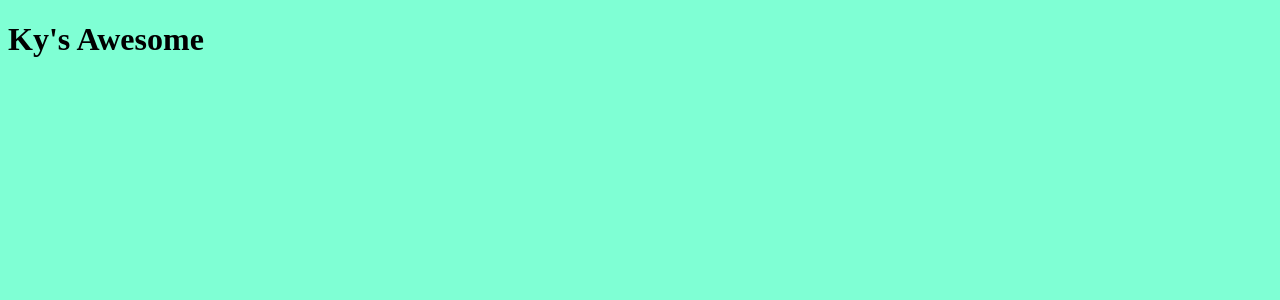
Repository: monicaifijeh/test2
Page: kyportfolio/src/index.html
The author's editor kept a copy of each file at every save. The page is drawn from the files as they stood at one save, then again after the next save.
The browser window is 1280 px wide. The pictures show the whole page.

Above is the page before, as saved 2024-12-15 00:59:10.

After the next save:
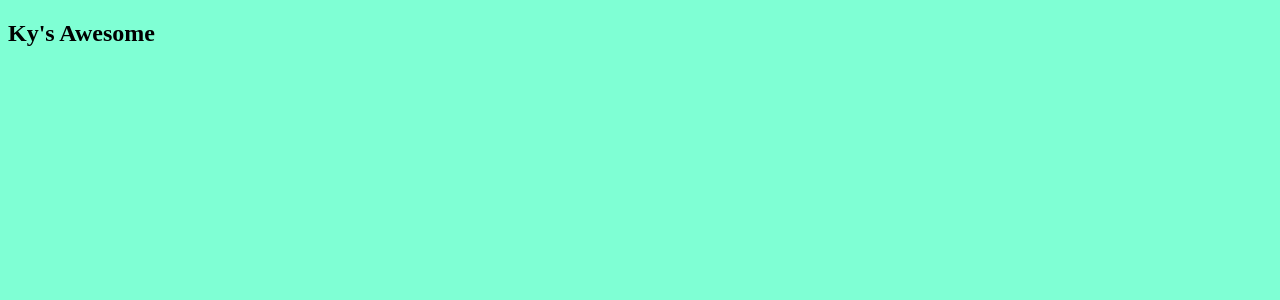
Saved 44 s later.
--- a/kyportfolio/src/index.html
+++ b/kyportfolio/src/index.html
@@ -8,6 +8,6 @@
   </head>
 
   <body>
-    <h1>Ky's Awesome</h1>
+    <h2>Ky's Awesome</h2>
   </body>
 </html>

After the save that followed:
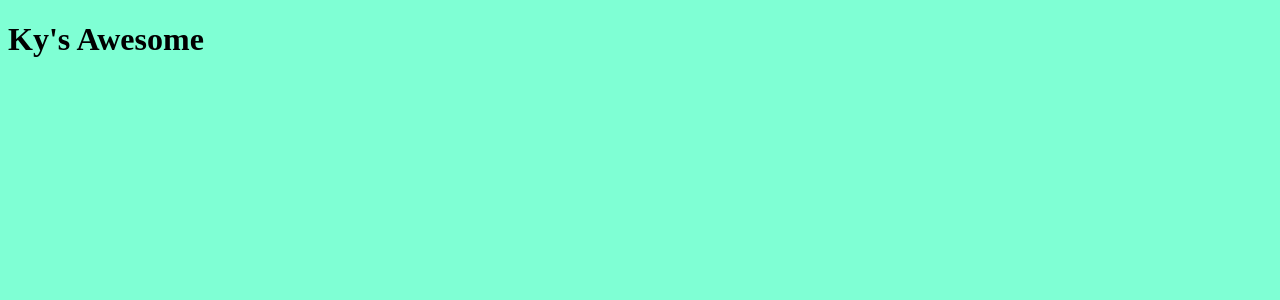
Saved 29 s later.
--- a/kyportfolio/src/index.html
+++ b/kyportfolio/src/index.html
@@ -8,6 +8,6 @@
   </head>
 
   <body>
-    <h2>Ky's Awesome</h2>
+    <h1>Ky's Awesome</h1>
   </body>
 </html>
